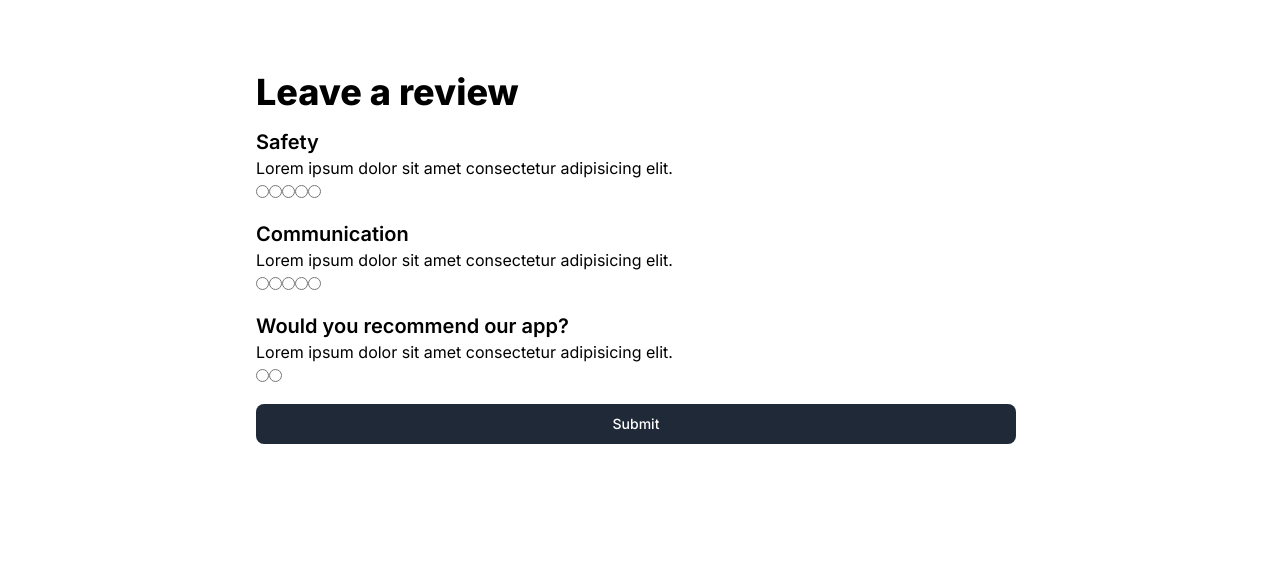
Repository: akankshaajoshi/review-form
Page: /review
The author's editor kept a copy of each file at every save. The page is drawn from the files as they stood at one save, then again after the next save.
The browser window is 1280 px wide. The pictures show the whole page.
The project was rebuilt for these pictures with package versions that can differ from the ones it lists, and the page was loaded fresh each time. The framework's server and built-in components were replaced by stand-ins that run in the browser. Also part of the build but not shown: next.config.mjs.

Above is the page before, as saved 2024-05-25 12:35:48.

After the next save:
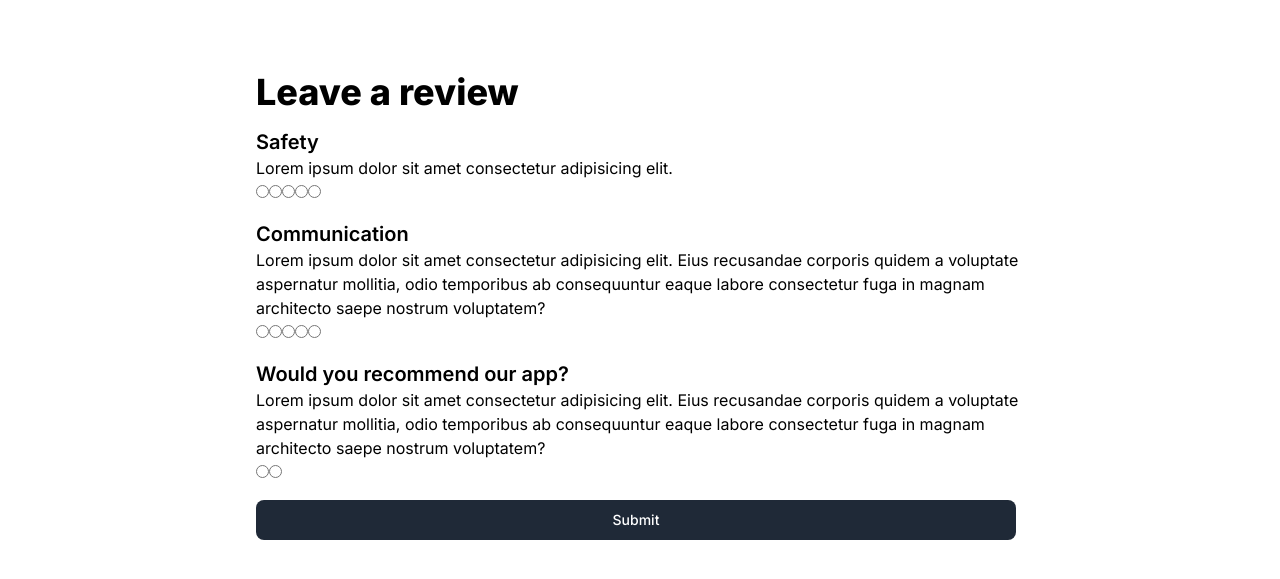
Saved 12 s later.
--- a/app/(routes)/review/page.tsx
+++ b/app/(routes)/review/page.tsx
@@ -35,7 +35,7 @@ export default function Review(){
                 </fieldset>
                 <fieldset>
                     <label htmlFor="communication" className="text-xl font-semibold">Communication</label>
-                    <p>Lorem ipsum dolor sit amet consectetur adipisicing elit. </p>
+                    <p>Lorem ipsum dolor sit amet consectetur adipisicing elit. Eius recusandae corporis quidem a voluptate aspernatur mollitia, odio temporibus ab consequuntur eaque labore consectetur fuga in magnam architecto saepe nostrum voluptatem?</p>
                     {ratings.map((item, index) =>{
                         return (
                             <input key={index} type="radio" name="communication" id={item.toString()} value={item}/>
@@ -44,7 +44,7 @@ export default function Review(){
                 </fieldset>
                 <fieldset>
                     <label htmlFor="recommend" className="text-xl font-semibold">Would you recommend our app? </label>
-                    <p>Lorem ipsum dolor sit amet consectetur adipisicing elit. </p>
+                    <p>Lorem ipsum dolor sit amet consectetur adipisicing elit. Eius recusandae corporis quidem a voluptate aspernatur mollitia, odio temporibus ab consequuntur eaque labore consectetur fuga in magnam architecto saepe nostrum voluptatem?</p>
                     <input type="radio" name="recommend" id="true" value="true" />
                     <input type="radio" name="recommend" id="false" value="false"/>
                 </fieldset>
